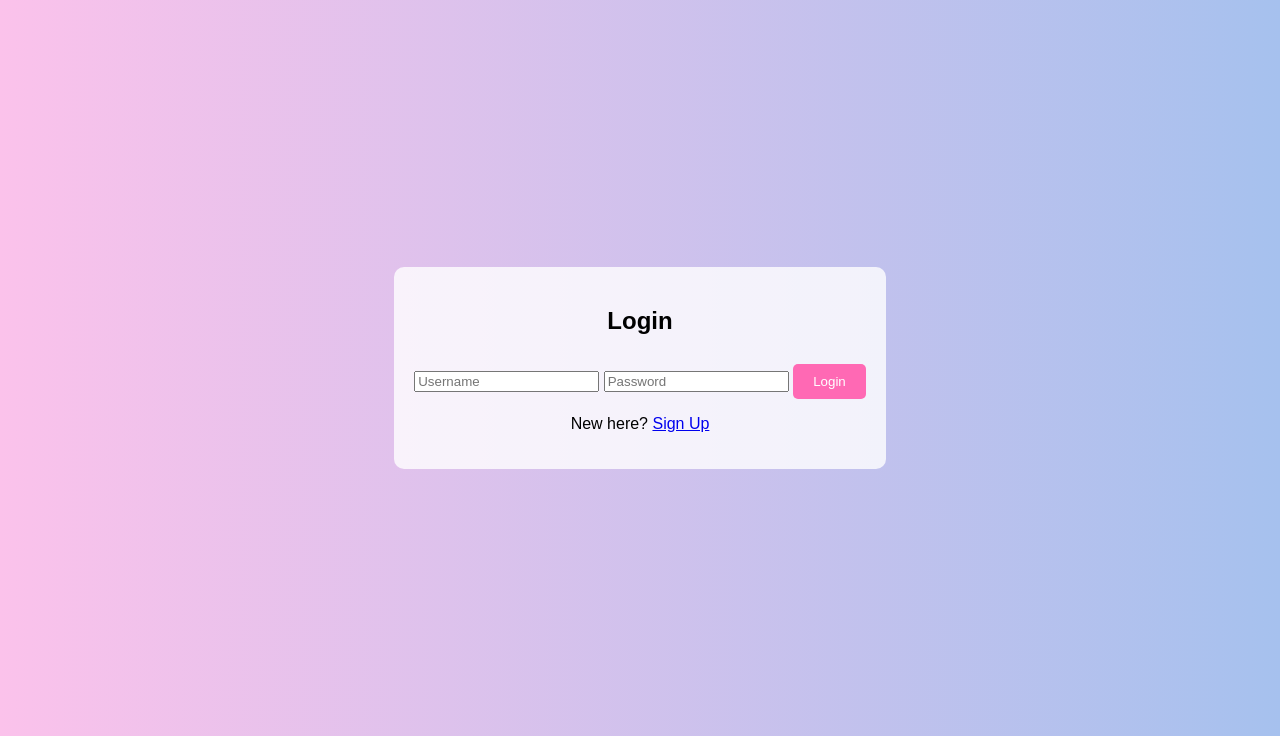
Repository: Athi183/MIND_BLISS
Page: login.html
These files come from the project's save history. The page is drawn as it stood at one moment and after the next save; the edit follows.
The browser window is 1280 px wide. The pictures show the whole page.

Above is the page before, as saved 2025-02-01 22:08:29.

After the next save:
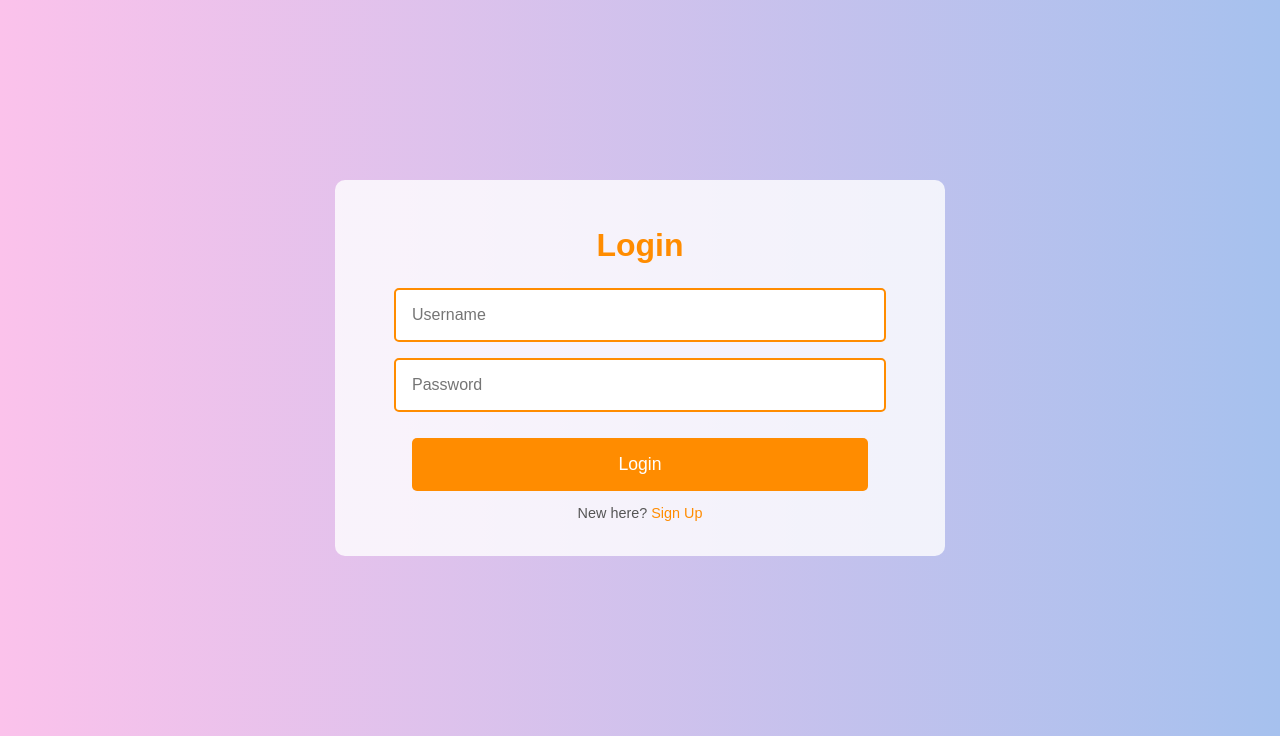
Saved 114 s later.
--- a/styles.css
+++ b/styles.css
@@ -85,3 +85,86 @@
     from { transform: translateY(-20px); }
     to { transform: translateY(0); }
 }
+/* Styling specific to the signup page */
+.signup-page {
+    font-family: 'Arial', sans-serif;
+    margin: 0;
+    padding: 0;
+    box-sizing: border-box;
+    background: linear-gradient(135deg, #FFB6C1, #FF8C00); /* Pink and Orange gradient */
+    min-height: 100vh;
+    display: flex;
+    justify-content: center;
+    align-items: center;
+}
+
+.signup-container {
+    background: white;
+    padding: 2rem;
+    border-radius: 8px;
+    box-shadow: 0 4px 6px rgba(0, 0, 0, 0.1);
+    width: 100%;
+    max-width: 400px;
+    text-align: center;
+}
+
+h2 {
+    color: #FF8C00;
+    font-size: 2rem;
+    margin-bottom: 1.5rem;
+}
+
+input {
+    width: 80%;
+    padding: 1rem;
+    margin-bottom: 1rem;
+    border: 2px solid #FF8C00;
+    border-radius: 5px;
+    font-size: 1rem;
+}
+
+input[type="text"], input[type="password"] {
+    transition: all 0.3s ease;
+}
+
+input[type="text"]:focus, input[type="password"]:focus {
+    border-color: #FFB6C1;
+    outline: none;
+}
+
+button {
+    background-color: #FF8C00;
+    color: white;
+    border: none;
+    padding: 1rem;
+    border-radius: 5px;
+    cursor: pointer;
+    font-size: 1.1rem;
+    width: 80%;
+    transition: background-color 0.3s ease;
+}
+
+button:hover {
+    background-color: #FFB6C1;
+}
+
+p {
+    color: #555;
+    font-size: 0.9rem;
+}
+
+a {
+    color: #FF8C00;
+    text-decoration: none;
+}
+
+a:hover {
+    text-decoration: underline;
+}
+
+.peace-icon {
+    display: inline-block;
+    margin-top: 1.5rem;
+    font-size: 2rem;
+    color: #FF8C00;
+}
